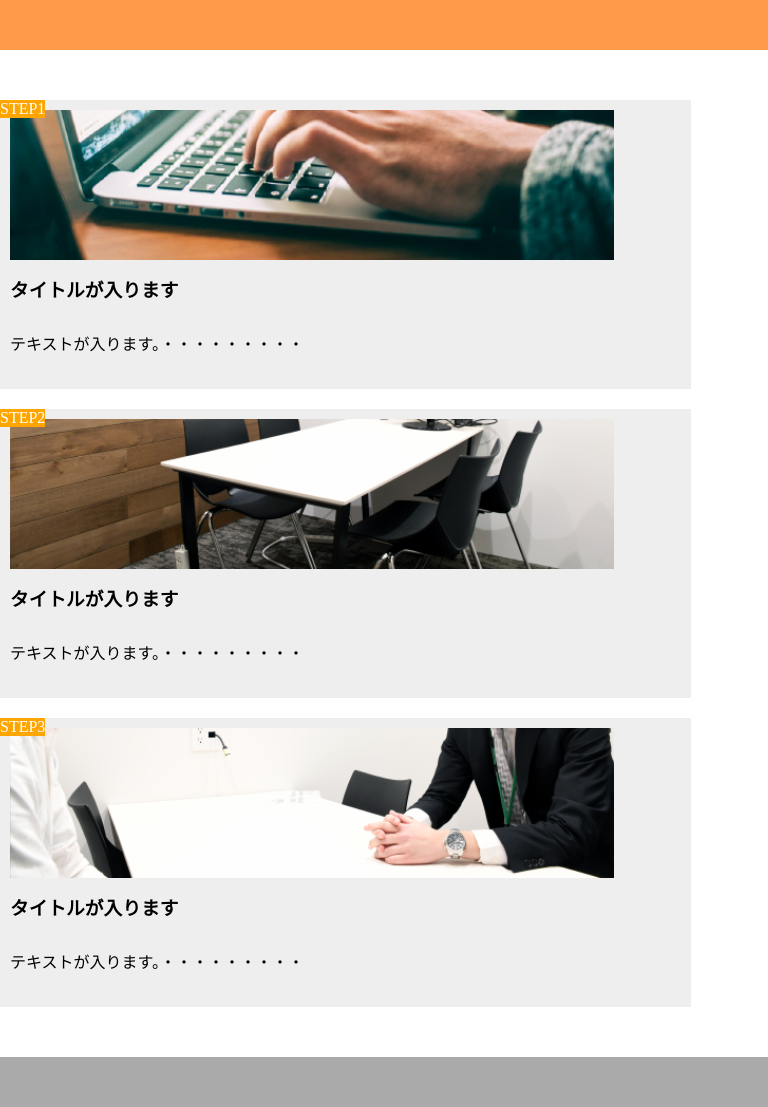
Repository: hahumanhugou/test1
Page: test1/test1.html
The author's editor kept a record of every edit. The page is drawn from the files as they stood at one moment, then again after the next edit.
The browser window is 768 px wide. The pictures show the whole page.
Some web libraries are served in a nearby version.

Above is the page before.

After the next edit:
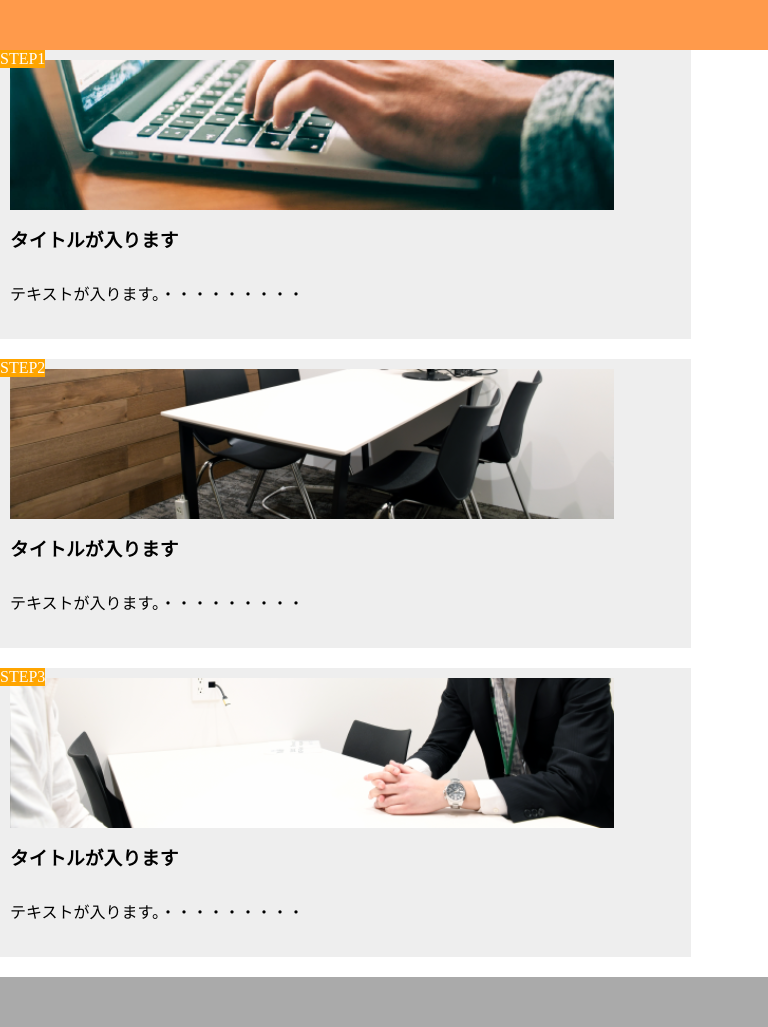
The edit:
--- a/test1/test1.css
+++ b/test1/test1.css
@@ -68,7 +68,7 @@
 .largebox{
   width: 100%;
   display: block;
-
+  margin: 0 auto;
 }
 
 .box{

After the 2 edits that followed:
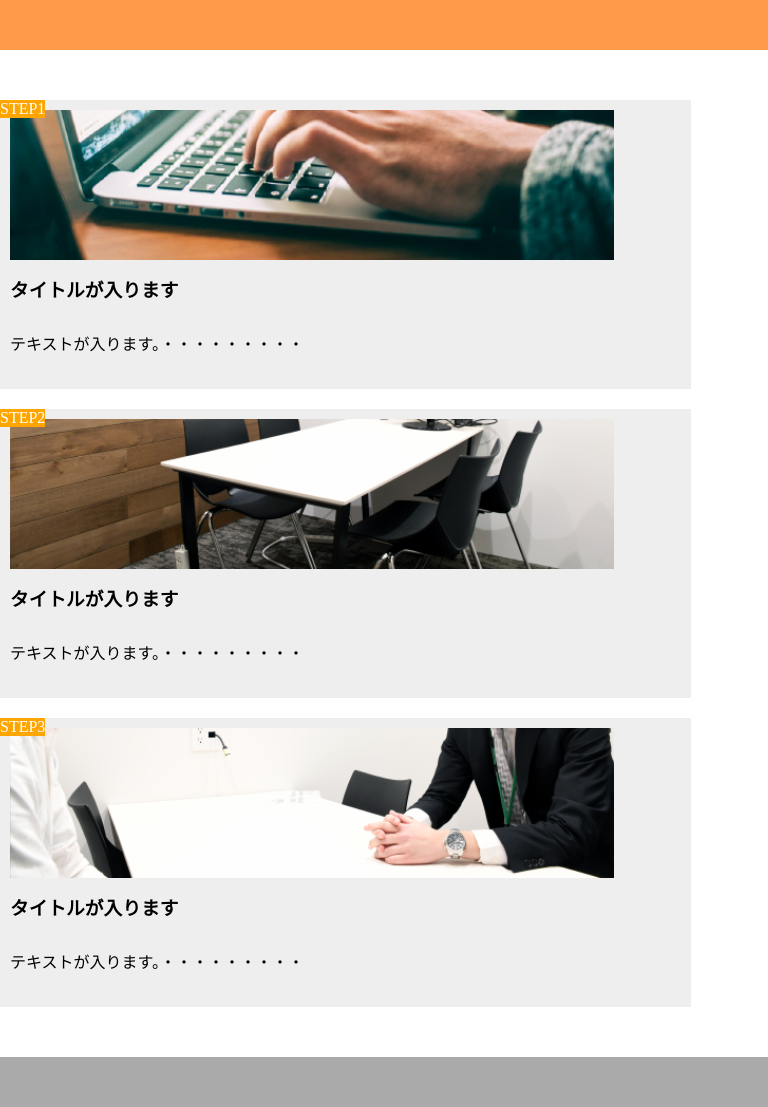
The 2 edits are shown as one change because 1 left the picture as it was.
The edit:
--- a/test1/test1.css
+++ b/test1/test1.css
@@ -9,7 +9,9 @@
   background-color: #ff9a4b;
 }
 
+main{
 
+}
 .largebox{
   width: 960px;
   margin: 50px auto;
@@ -68,7 +70,7 @@
 .largebox{
   width: 100%;
   display: block;
-  margin: 0 auto;
+
 }
 
 .box{
